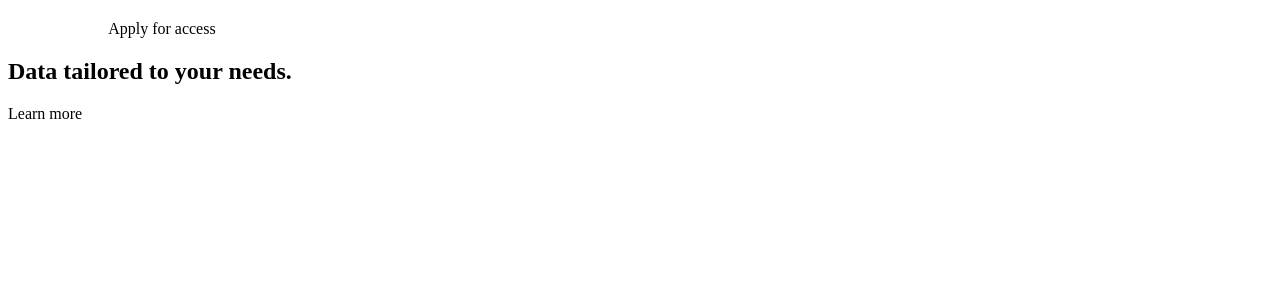
Repository: Arkitecth/landing_page
Page: starter-code/index.html
These files come from the project's save history. The page is drawn as it stood at one moment and after the next save; the edit follows.
The browser window is 1280 px wide. The pictures show the whole page.

Above is the page before, as saved 2023-05-04 16:13:39.

### starter-code/index.html
<!DOCTYPE html>
<html lang="en">
<head>
  <meta charset="UTF-8">
  <meta name="viewport" content="width=device-width, initial-scale=1.0">

  <link rel="icon" type="image/png" sizes="32x32" href="./assets/images/favicon-32x32.png">

  <title>Frontend Mentor | Workit landing page</title>
</head>
<style>

</style>
<body>
  <section id="hero">
    <div>

    </div>
  <object class="logo-light" data="assets/images/logo-light.svg"></object>
  <a class="secondary-default">Apply for access </a>
  <h1 class="heading-l">Data tailored to your needs. </h1>
  <a class="primary-default">Learn more </a>
</section>


  <!-- 1

  Actionable insights

  Optimize your products, improve customer satisfaction and stay ahead of the competition
  with our product data analytics.

  2

  Data-driven decisions

  Make data-driven decisions with our product data analytics. Our AI-generated reports help
  you unlock insights hidden in your product data.

  3

  Always affordable

  Always affordable pricing that scales with your business. Get top-quality product data
  analytics services without hidden costs or unexpected fees.

  Be the first to test

  Hi, I'm Louis Graham, the founder of the company. Book a demo call with me to become a
  beta tester for our app and kickstart your company. Apply for access below and I’ll be
  in touch to schedule a call.

  Apply for access -->

</body>
</html>

After the next save:
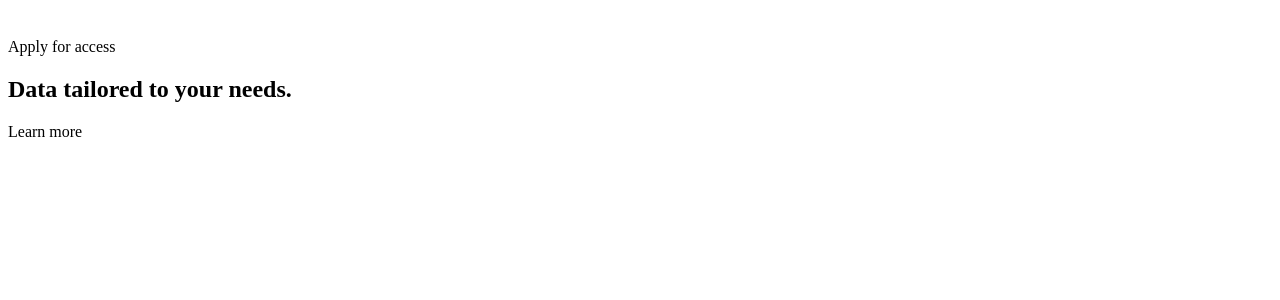
Saved 12 s later.
--- a/starter-code/index.html
+++ b/starter-code/index.html
@@ -14,9 +14,9 @@
 <body>
   <section id="hero">
     <div>
+      <object class="logo-light" data="assets/images/logo-light.svg"></object>
+    </div>
 
-    </div>
-  <object class="logo-light" data="assets/images/logo-light.svg"></object>
   <a class="secondary-default">Apply for access </a>
   <h1 class="heading-l">Data tailored to your needs. </h1>
   <a class="primary-default">Learn more </a>

After the save that followed:
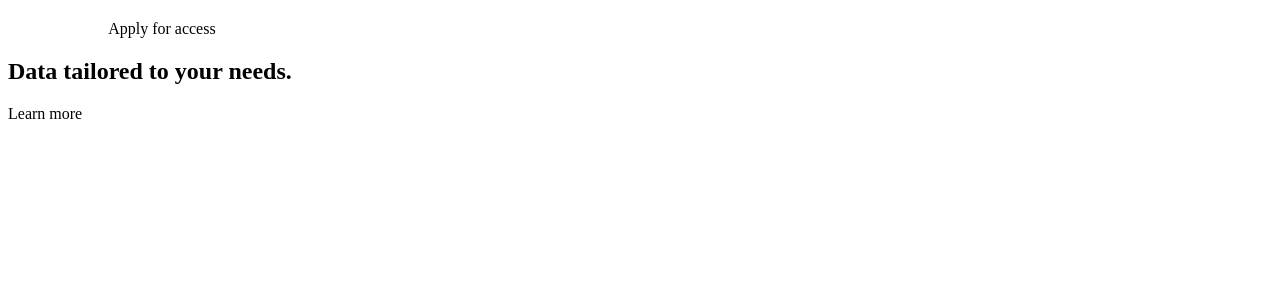
Saved 7 s later.
--- a/starter-code/index.html
+++ b/starter-code/index.html
@@ -15,9 +15,10 @@
   <section id="hero">
     <div>
       <object class="logo-light" data="assets/images/logo-light.svg"></object>
+      <a class="secondary-default">Apply for access </a>
     </div>
 
-  <a class="secondary-default">Apply for access </a>
+
   <h1 class="heading-l">Data tailored to your needs. </h1>
   <a class="primary-default">Learn more </a>
 </section>
